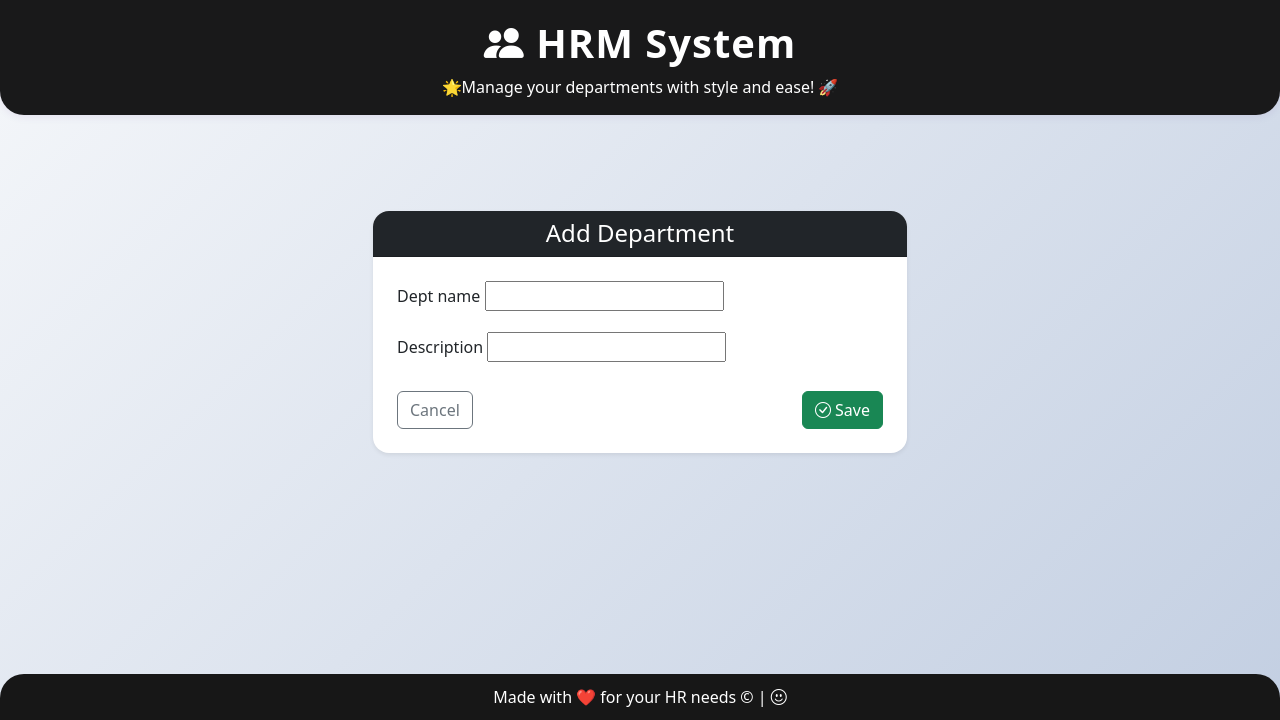
Repository: rtrupti09/HRMS
Page: http://localhost/departments/add/
The author's editor kept a copy of each file at every save. The page is drawn from the files as they stood at one save, then again after the next save.
The browser window is 1280 px wide. The pictures show the whole page.
The page is served by the project's application, run on Django 5.2 (hrm_system/manage.py). The first stored user is signed in. Other server files are loaded and not shown. The page reads the database file committed with the project.

Above is the page before, as saved 2025-06-22 16:03:47.

### hrm_system/templates/department/add_edit.html
{% extends "base.html" %}
{% block content %}
<div class="container py-5">
    <div class="row justify-content-center">
        <div class="col-md-8 col-lg-6">
            <div class="card shadow-sm border-0 rounded-4">
                <div class="card-header bg-dark text-white rounded-top-4">
                    <h4 class="mb-0 text-center">
                        {{ form.instance.pk|yesno:"Edit Department,Add Department" }}
                    </h4>
                </div>
                <div class="card-body p-4">
                    <form method="post" novalidate>
                        {% csrf_token %}
                        {% for field in form %}
                            <div class="mb-3">
                                <label for="{{ field.id_for_label }}" class="form-label">{{ field.label }}</label>
                                {{ field }}
                                {% if field.errors %}
                                    <div class="text-danger small">
                                        {{ field.errors|striptags }}
                                    </div>
                                {% endif %}
                            </div>
                        {% endfor %}

                        <div class="d-flex justify-content-between mt-4">
                            <a href="{% url 'department_dashboard' %}" class="btn btn-outline-secondary">
                                Cancel
                            </a>
                            <button type="submit" class="btn btn-success">
                                <i class="bi bi-check-circle"></i> Save
                            </button>
                        </div>
                    </form>
                </div>
            </div>
        </div>
    </div>
</div>
{% endblock %}

### hrm_system/templates/base.html
<!-- templates/base.html -->
<!DOCTYPE html>
<html lang="en">
<head>
    <meta charset="UTF-8">
    <title>HRM System</title>
    <meta name="viewport" content="width=device-width, initial-scale=1">
    <link href="https://cdn.jsdelivr.net/npm/bootstrap@5.3.0/dist/css/bootstrap.min.css" rel="stylesheet">
    <link rel="stylesheet" href="https://cdn.jsdelivr.net/npm/bootstrap-icons@1.10.5/font/bootstrap-icons.css">
    <style>
    html, body {
        height: 100%;
        margin: 0;
        display: flex;
        flex-direction: column;
    }

    body {
        background: linear-gradient(135deg, #f5f7fa 0%, #c3cfe2 100%);
    }

    body > .container {
        flex: 1 0 auto;
    }

    .hrm-header {
        background: #19191a;
        color: #fff;
        padding: 1.2rem 0 1rem 0;
        border-radius: 0 0 24px 24px;
        box-shadow: 0 2px 8px rgba(75,0,130,0.08);
        margin-bottom: 2rem;
    }

    .hrm-footer {
        background: #171717;
        color: #fff;
        text-align: center;
        padding: 0.7rem 0;
        border-radius: 24px 24px 0 0;
        font-size: 1rem;
        flex-shrink: 0;
    }
</style>

    {% block extra_head %}{% endblock %}
</head>
<body>
    <div class="hrm-header text-center">
        <h1 style="font-weight:bold; letter-spacing:1px;"><i class="bi bi-people-fill"></i> HRM System</h1>
        <p class="mb-0">🌟Manage your departments with style and ease! 🚀</p>
    </div>
    <div class="container pt-3">
        {% if messages %}
        <div>
            {% for message in messages %}
                <div class="alert alert-{{ message.tags }} alert-dismissible fade show" role="alert">
                    {{ message }}
                    <button type="button" class="btn-close" data-bs-dismiss="alert"></button>
                </div>
            {% endfor %}
        </div>
        {% endif %}
        {% block content %}{% endblock %}
    </div>
    <div class="hrm-footer">
        <span>Made with ❤️ for your HR needs &copy; {{ now|date:'Y' }} | <i class="bi bi-emoji-smile"></i></span>
    </div>
</body>
</html>

### hrm_system/department/forms.py
# department/forms.py
from django import forms
from .models import Department

class DepartmentForm(forms.ModelForm):
    class Meta:
        model = Department
        fields = ['dept_name', 'description']

### hrm_system/department/models.py
# department/models.py
from django.db import models

class Department(models.Model):
    dept_name = models.CharField(max_length=100)
    description = models.CharField(max_length=300)
    created_at = models.DateTimeField(auto_now_add=True)
    updated_at = models.DateTimeField(auto_now=True)
    status = models.BooleanField(default=True)

    def __str__(self):
        return self.dept_name

### hrm_system/department/views.py
# department/views.py
from django.shortcuts import render, redirect, get_object_or_404
from .models import Department
from .forms import DepartmentForm
from django.contrib import messages
from django.contrib.auth.decorators import user_passes_test

def admin_required(view_func):
    return user_passes_test(lambda u: u.is_superuser)(view_func)

@admin_required
def department_dashboard(request):
    departments = Department.objects.all()
    query = request.GET.get("search", "")
    if query:
        departments = departments.filter(dept_name__icontains=query)
    return render(request, "department/dashboard.html", {"departments": departments})

@admin_required
def add_department(request):
    if request.method == "POST":
        form = DepartmentForm(request.POST)
        if form.is_valid():
            form.save()
            messages.success(request, "Department added successfully.")
            return redirect('department_dashboard')
    else:
        form = DepartmentForm()
    return render(request, "department/add_edit.html", {"form": form})

@admin_required
def edit_department(request, dept_id):
    department = get_object_or_404(Department, pk=dept_id)
    if request.method == "POST":
        form = DepartmentForm(request.POST, instance=department)
        if form.is_valid():
            form.save()
            messages.success(request, "Department updated successfully.")
            return redirect('department_dashboard')
    else:
        form = DepartmentForm(instance=department)
    return render(request, "department/add_edit.html", {"form": form})

@admin_required
def delete_department(request, dept_id):
    department = get_object_or_404(Department, pk=dept_id)
    if request.method == "POST":
        department.status = False  # Soft delete
        department.save()
        messages.warning(request, "Department deactivated. Reassign employees before deletion.")
        return redirect('department_dashboard')
    return render(request, "department/confirm_delete.html", {"department": department})

### hrm_system/hrm_system/urls.py
"""
URL configuration for hrm_system project.

The `urlpatterns` list routes URLs to views. For more information please see:
    https://docs.djangoproject.com/en/5.2/topics/http/urls/
Examples:
Function views
    1. Add an import:  from my_app import views
    2. Add a URL to urlpatterns:  path('', views.home, name='home')
Class-based views
    1. Add an import:  from other_app.views import Home
    2. Add a URL to urlpatterns:  path('', Home.as_view(), name='home')
Including another URLconf
    1. Import the include() function: from django.urls import include, path
    2. Add a URL to urlpatterns:  path('blog/', include('blog.urls'))
"""
# hrm_system/urls.py

from django.contrib import admin
from django.urls import path, include
from django.shortcuts import redirect

urlpatterns = [
    path('admin/', admin.site.urls),
    path('departments/', include('department.urls')),
    path('accounts/', include('django.contrib.auth.urls')),  # ✅ Add this line
    path('', lambda request: redirect('department_dashboard')),
]

### hrm_system/department/urls.py
# department/urls.py
from django.urls import path
from . import views

urlpatterns = [
    path('', views.department_dashboard, name='department_dashboard'),
    path('add/', views.add_department, name='add_department'),
    path('edit/<int:dept_id>/', views.edit_department, name='edit_department'),
    path('delete/<int:dept_id>/', views.delete_department, name='delete_department'),
]

### hrm_system/db.sqlite3 (the tables this page reads, as SQL)
CREATE TABLE "auth_user" ("id" integer NOT NULL PRIMARY KEY AUTOINCREMENT, "password" varchar(128) NOT NULL, "last_login" datetime NULL, "is_superuser" bool NOT NULL, "username" varchar(150) NOT NULL UNIQUE, "last_name" varchar(150) NOT NULL, "email" varchar(254) NOT NULL, "is_staff" bool NOT NULL, "is_active" bool NOT NULL, "date_joined" datetime NOT NULL, "first_name" varchar(150) NOT NULL);
INSERT INTO "auth_user" VALUES
(1, 'pbkdf2_sha256$1000000$klXm5yfIOGV7m5jneleXNI$T7tebBIVv4do04abtiFRVLbcZeciDKrjFDq6fdQjkgs=', '2025-06-22 09:39:57.673721', 1, 'admin', '', '', 1, 1, '2025-06-22 09:14:34.032178', '');

After the next save:
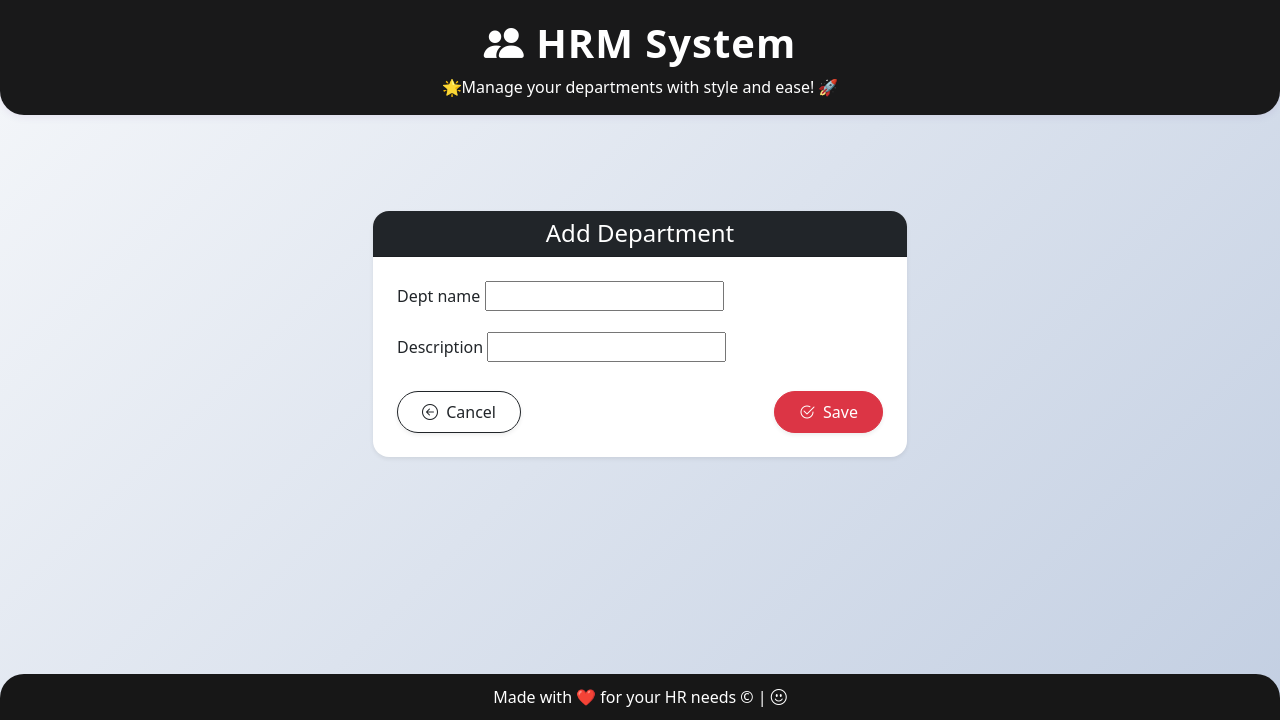
Saved 31 s later.
--- a/hrm_system/templates/department/add_edit.html
+++ b/hrm_system/templates/department/add_edit.html
@@ -24,14 +24,15 @@
                             </div>
                         {% endfor %}
 
-                        <div class="d-flex justify-content-between mt-4">
-                            <a href="{% url 'department_dashboard' %}" class="btn btn-outline-secondary">
-                                Cancel
-                            </a>
-                            <button type="submit" class="btn btn-success">
-                                <i class="bi bi-check-circle"></i> Save
-                            </button>
-                        </div>
+                       <div class="d-flex justify-content-between mt-4">
+    <a href="{% url 'department_dashboard' %}" class="btn btn-outline-dark px-4 py-2 rounded-pill shadow-sm">
+        <i class="bi bi-arrow-left-circle me-1"></i> Cancel
+    </a>
+    <button type="submit" class="btn btn-danger px-4 py-2 rounded-pill shadow-sm">
+        <i class="bi bi-check2-circle me-1"></i> Save
+    </button>
+</div>
+
                     </form>
                 </div>
             </div>
